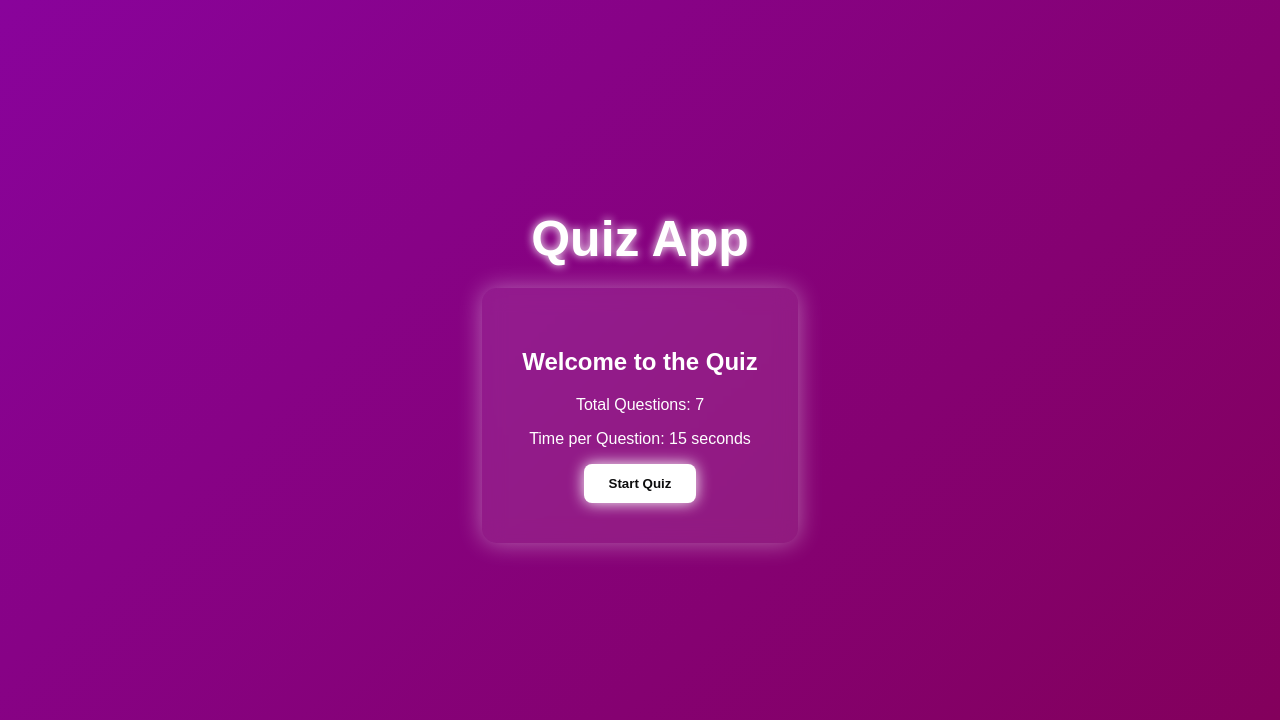
Repository: fatimaqueen9967-eng/SyntacexhubQuizApp
Page: index.html
An editor plug-in stored every save of this project. The page is shown before and after a run of saves, followed by the edit.
The browser window is 1280 px wide. The pictures show the whole page.

Above is the page before, as saved 2026-03-15 20:33:29.

### index.html
<!DOCTYPE html>
<html lang="en">
<head>
<meta charset="UTF-8">
<meta name="viewport" content="width=device-width, initial-scale=1.0">
<title>Quiz App</title>
<link rel="stylesheet" href="style.css">
</head>

<body>

<h1 class="title">Quiz App</h1>

<!-- START SCREEN -->

<div id="startScreen" class="start-screen">

<h2>Welcome to the Quiz</h2>

<p>Total Questions: <span id="totalQ"></span></p>
<p>Time per Question: 15 seconds</p>

<button id="startBtn">Start Quiz</button>

</div>

<!-- QUIZ BOX -->

<div class="box hidden">

<div class="progress-bar">
<div id="progress"></div>
</div>

<div class="top-bar">
<span id="counter"></span>
<span id="timer">⏱ 15s</span>
</div>

<div id="question"></div>

<div id="options" class="options"></div>

<div id="answer-info"></div>

<button id="nextBtn">Next</button>

</div>

<!-- RESULT -->

<div id="result" class="result-box hidden">

<div class="circle">
<span id="scorePercent">0%</span>
</div>

<h2>Quiz Result</h2>

<p id="correct"></p>
<p id="wrong"></p>

<button onclick="location.reload()">Restart Quiz</button>

</div>

<script src="script.js"></script>

</body>
</html>

### style.css
body{
background:linear-gradient(135deg,#89039b,#83005c);
font-family:Arial;
display:flex;
flex-direction:column;
align-items:center;
justify-content:center;
min-height:100vh;
margin:0;
color:white;
}

/* TITLE */

.title{
margin-bottom:20px;
text-shadow:0 0 10px white;
font-size: 50px;
}


/* START SCREEN */

.start-screen{
background:rgba(255,255,255,0.1);
padding:40px;
border-radius:15px;
text-align:center;
box-shadow:0 0 25px rgba(255,255,255,0.4);
backdrop-filter:blur(10px);
animation:fadeIn 1s;
}

.start-screen button{
padding:12px 25px;
border:none;
border-radius:8px;
background:#fff;
color:#0d0d0e;
font-weight:bold;
cursor:pointer;
box-shadow:0 0 15px white;
transition:.3s;
}

.start-screen button:hover{
transform:scale(1.1);
}

/* QUIZ BOX */

.box{
background:white;
color:#333;
width:420px;
max-width:90%;
padding:25px;
border-radius:12px;
box-shadow:0 0 25px rgba(0,0,0,0.3);
animation:fadeIn .5s;
}

.hidden{
display:none;
}

/* PROGRESS BAR */

.progress-bar{
width:100%;
height:8px;
background:#ddd;
border-radius:10px;
overflow:hidden;
margin-bottom:15px;
}

#progress{
height:100%;
width:0%;
background:linear-gradient(90deg,#4b2cff,#00c6ff);
transition:width .4s;
}

/* TOP BAR */

.top-bar{
display:flex;
justify-content:space-between;
margin-bottom:10px;
font-weight:bold;
}

/* QUESTION */

#question{
font-size:18px;
margin-bottom:15px;
}

/* OPTIONS */

.options button{
display:block;
width:100%;
padding:10px;
margin:8px 0;
border:none;
border-radius:8px;
background:#4b2cff;
color:white;
cursor:pointer;
transition:.3s;
}

.options button:hover{
transform:scale(1.05);
background:#2f1acc;
}

/* ANSWERS */

.correct{
background:#27ae60 !important;
}

.wrong{
background:#e74c3c !important;
}

/* CORRECT ANSWER TEXT */

#answer-info{
margin-top:10px;
font-weight:bold;
color:red;
}

/* NEXT BUTTON */

#nextBtn{
margin-top:15px;
padding:10px 20px;
background:#4b2cff;
color:white;
border:none;
border-radius:6px;
cursor:pointer;
}

/* RESULT */

.result-box{
text-align:center;
background:white;
color:#333;
padding:30px;
border-radius:12px;
width:350px;
max-width:90%;
box-shadow:0 0 25px rgba(0,0,0,0.3);
}

.circle{
width:150px;
height:150px;
border-radius:50%;
border:12px solid #4b2cff;
display:flex;
align-items:center;
justify-content:center;
font-size:28px;
font-weight:bold;
margin:20px auto;
animation:pop .6s;
}

/* ANIMATIONS */

@keyframes pop{
from{transform:scale(.5);opacity:0}
to{transform:scale(1)}
}

@keyframes fadeIn{
from{opacity:0;transform:translateY(20px)}
to{opacity:1}
}

/* RESPONSIVE */

@media(max-width:600px){

.box{
padding:20px;
}

#question{
font-size:16px;
}

.options button{
font-size:14px;
}

.circle{
width:120px;
height:120px;
font-size:22px;
}

}

### script.js
// Quiz Data
const quizData=[
{
question:"What is the capital of France?",
options:["Berlin","Madrid","Paris","Rome"],
answer:"Paris"
},
{
question:"Full form of HTML?",
options:["Hyper Text Markup Language","High Text Markup Language","Hyper Text Market Language","None"],
answer:"Hyper Text Markup Language"
},
{
question:"Founder of Microsoft?",
options:["Steve Jobs","Bill Gates","Mark Zuckerberg","Elon Musk"],
answer:"Bill Gates"
},
{
question:"Why do we use CSS?",
options:["To structure the content","To style the content","To add interactivity"],
answer:"To style the content"
},
{
question:"DOM stands for?",
options:["Document Object Model","Data Object Model","Document Oriented Model","Data Oriented Model"],
answer:"Document Object Model"
},
{
question:"What does CreateElement do in JavaScript?",
options:["Creates a new HTML element","Deletes an HTML element","Updates an HTML element"],
answer:"Creates a new HTML element"
},
{
question:"What is Bootstrap?",
options:["A CSS framework","A JavaScript library","A Python framework"],
answer:"A CSS framework"
}
]

// DOM Elements
let currentQuestion=0
let score=0
let wrong=0
let timer
let timeLeft=15

const startBtn=document.getElementById("startBtn")
const startScreen=document.getElementById("startScreen")
const totalQ=document.getElementById("totalQ")
const counter=document.getElementById("counter")

const questionEl=document.getElementById("question")
const optionsEl=document.getElementById("options")
const nextBtn=document.getElementById("nextBtn")
const timerEl=document.getElementById("timer")
const progress=document.getElementById("progress")
const answerInfo=document.getElementById("answer-info")

// Show total questions on start screen
totalQ.innerText=quizData.length

// Start Quiz
startBtn.onclick=()=>{
    startScreen.classList.add("hidden")
    document.querySelector(".box").classList.remove("hidden")
    loadQuestion()
}

// Load Question
function loadQuestion(){
    clearInterval(timer)
    timeLeft=15
    startTimer()

    let q=quizData[currentQuestion]
    questionEl.innerText=q.question
    optionsEl.innerHTML=""
    answerInfo.innerHTML=""

    // Progress bar
    progress.style.width=(currentQuestion/quizData.length)*100+"%"

    // Question counter
    counter.innerText=(currentQuestion+1)+" / "+quizData.length

    // Options buttons
    q.options.forEach(option=>{
        let btn=document.createElement("button")
        btn.innerText=option
        btn.onclick=()=>selectAnswer(btn,option,q.answer)
        optionsEl.appendChild(btn)
    })
}

// Timer Function
function startTimer(){
    timerEl.innerText="⏱ "+timeLeft+"s"
    timer=setInterval(()=>{
        timeLeft--
        timerEl.innerText="⏱ "+timeLeft+"s"
        if(timeLeft<=0){
            clearInterval(timer)
            showCorrectAnswer()
        }
    },1000)
}

// Select Answer
function selectAnswer(button,option,correct){
    clearInterval(timer)
    let buttons=document.querySelectorAll(".options button")
    buttons.forEach(btn=>btn.disabled=true)

    if(option===correct){
        button.classList.add("correct")
        score++
    }else{
        button.classList.add("wrong")
        wrong++
        showCorrectAnswer()
    }
}

// Show Correct Answer
function showCorrectAnswer(){
    let q=quizData[currentQuestion]
    let buttons=document.querySelectorAll(".options button")
    buttons.forEach(btn=>{
        if(btn.innerText===q.answer){
            btn.classList.add("correct")
        }
    })
    answerInfo.innerText="Correct Answer: "+q.answer
}

// Next Button
nextBtn.onclick=()=>{
    currentQuestion++
    if(currentQuestion<quizData.length){
        loadQuestion()
    }else{
        showResult()
    }
}

// Show Result
function showResult(){
    document.querySelector(".box").style.display="none"
    let result=document.getElementById("result")
    result.classList.remove("hidden")

    let percent=Math.round((score/quizData.length)*100)
    document.getElementById("scorePercent").innerText=percent+"%"
    document.getElementById("correct").innerText="Correct Answers: "+score
    document.getElementById("wrong").innerText="Wrong Answers: "+wrong
}

After the next 3 saves:
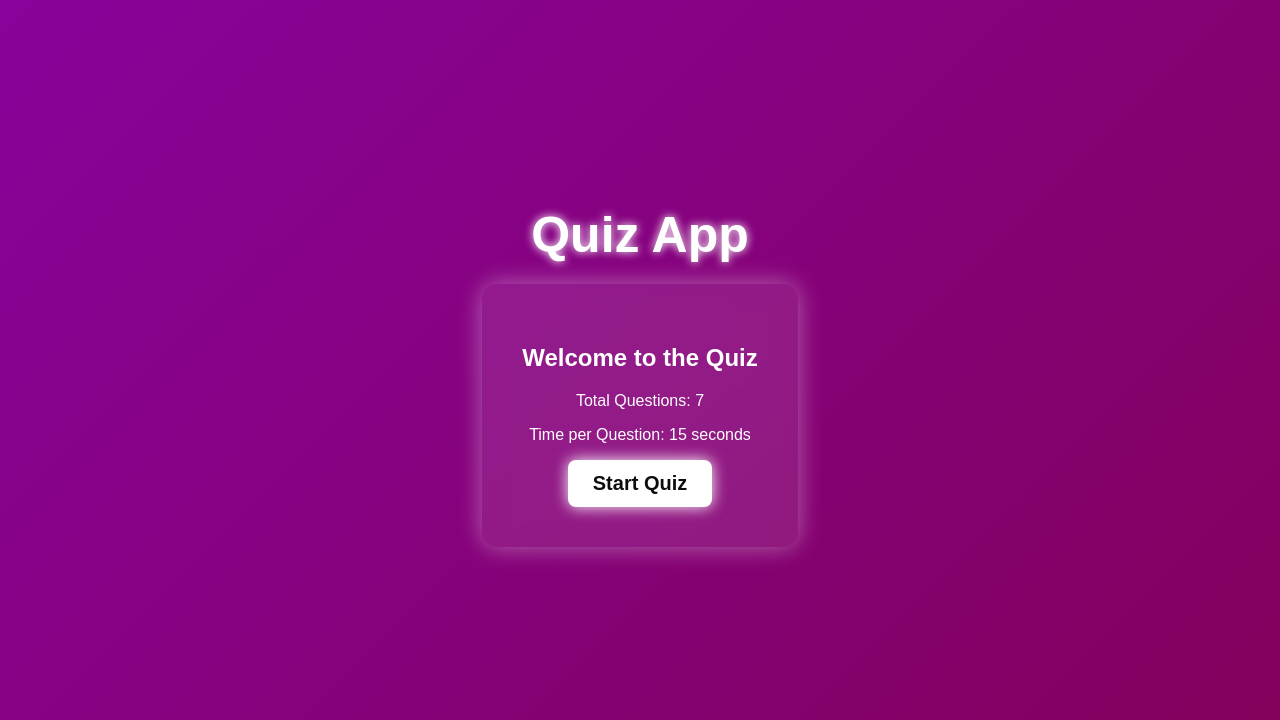
The 3 saves are shown as one change because they came seconds apart.
The last was saved 13 s later.
--- a/style.css
+++ b/style.css
@@ -37,6 +37,7 @@ border:none;
 border-radius:8px;
 background:#fff;
 color:#0d0d0e;
+font-size: 20px;
 font-weight:bold;
 cursor:pointer;
 box-shadow:0 0 15px white;
